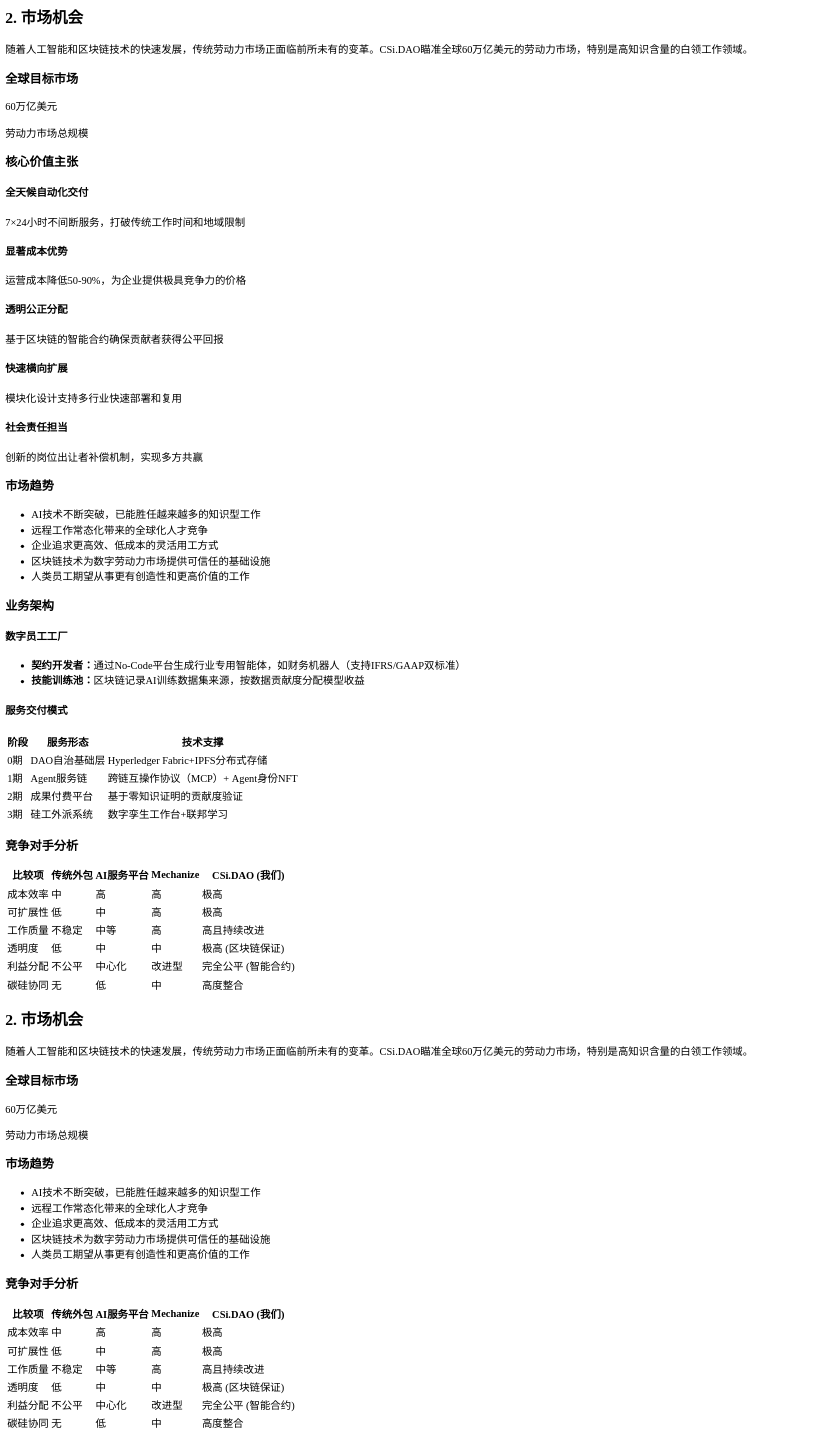
Repository: delez911/ainize
Page: static-site/src/components/market/market.html
The author's editor kept a copy of each file at every save. The page is drawn from the files as they stood at one save, then again after the next save.
The browser window is 1280 px wide. The pictures show the whole page, at 65% of full size.

Above is the page before, as saved 2025-04-24 03:28:49.

After the next save:
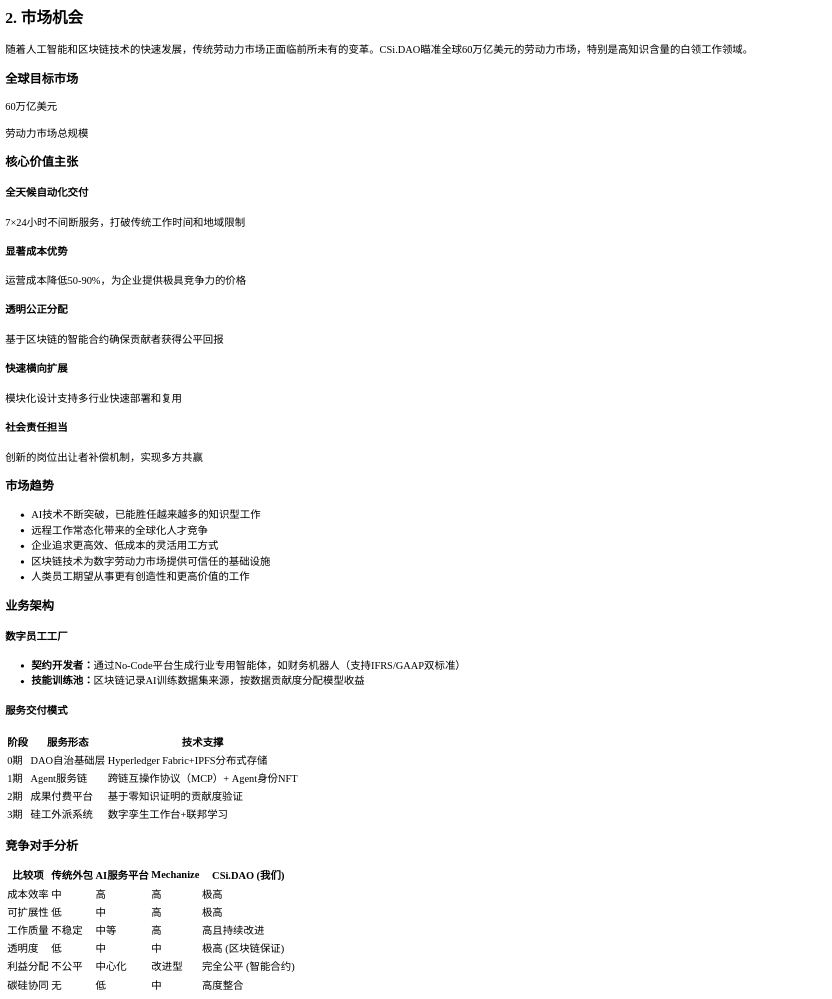
Saved 109 s later.
--- a/static-site/src/components/market/market.html
+++ b/static-site/src/components/market/market.html
@@ -141,81 +141,3 @@
     </div>
   </div>
 </section>
-<section id="market" class="section">
-  <div class="section-container">
-    <h2 class="section-title">2. 市场机会</h2>
-    <div class="content">
-      <p>随着人工智能和区块链技术的快速发展，传统劳动力市场正面临前所未有的变革。CSi.DAO瞄准全球60万亿美元的劳动力市场，特别是高知识含量的白领工作领域。</p>
-
-      <div class="market-container">
-        <div class="market-circle">
-          <h3>全球目标市场</h3>
-          <div class="market-value">60万亿美元</div>
-          <p>劳动力市场总规模</p>
-        </div>
-      </div>
-
-      <h3>市场趋势</h3>
-      <ul>
-        <li>AI技术不断突破，已能胜任越来越多的知识型工作</li>
-        <li>远程工作常态化带来的全球化人才竞争</li>
-        <li>企业追求更高效、低成本的灵活用工方式</li>
-        <li>区块链技术为数字劳动力市场提供可信任的基础设施</li>
-        <li>人类员工期望从事更有创造性和更高价值的工作</li>
-      </ul>
-
-      <h3>竞争对手分析</h3>
-      <table>
-        <tr>
-          <th>比较项</th>
-          <th>传统外包</th>
-          <th>AI服务平台</th>
-          <th>Mechanize</th>
-          <th>CSi.DAO (我们)</th>
-        </tr>
-        <tr>
-          <td>成本效率</td>
-          <td>中</td>
-          <td>高</td>
-          <td>高</td>
-          <td>极高</td>
-        </tr>
-        <tr>
-          <td>可扩展性</td>
-          <td>低</td>
-          <td>中</td>
-          <td>高</td>
-          <td>极高</td>
-        </tr>
-        <tr>
-          <td>工作质量</td>
-          <td>不稳定</td>
-          <td>中等</td>
-          <td>高</td>
-          <td>高且持续改进</td>
-        </tr>
-        <tr>
-          <td>透明度</td>
-          <td>低</td>
-          <td>中</td>
-          <td>中</td>
-          <td>极高 (区块链保证)</td>
-        </tr>
-        <tr>
-          <td>利益分配</td>
-          <td>不公平</td>
-          <td>中心化</td>
-          <td>改进型</td>
-          <td>完全公平 (智能合约)</td>
-        </tr>
-        <tr>
-          <td>碳硅协同</td>
-          <td>无</td>
-          <td>低</td>
-          <td>中</td>
-          <td>高度整合</td>
-        </tr>
-      </table>
-    </div>
-  </div>
-</section>
